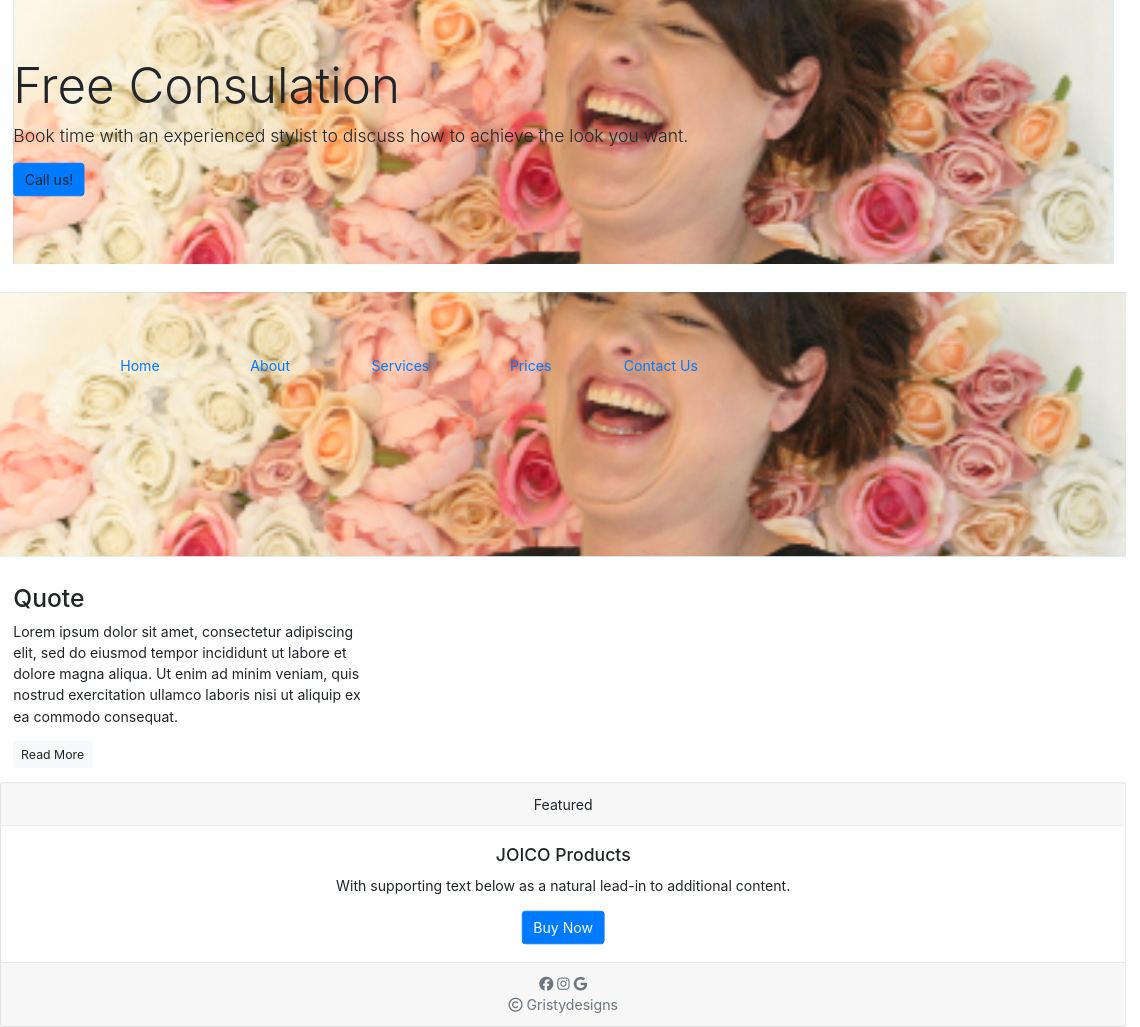
Repository: Gristydesigns/elegance-salon
Page: index.html
The author's editor kept a record of every edit. The page is drawn from the files as they stood at one moment, then again after the next edit.
The browser window is 1280 px wide. The page is 1280 px wide, then 1295 px, so the pictures cover 1295 px, including what lies to the right of the window. The pictures show the whole page, at 88% of full size.
Some web libraries are served in a nearby version.

Above is the page before.

After the next edit:
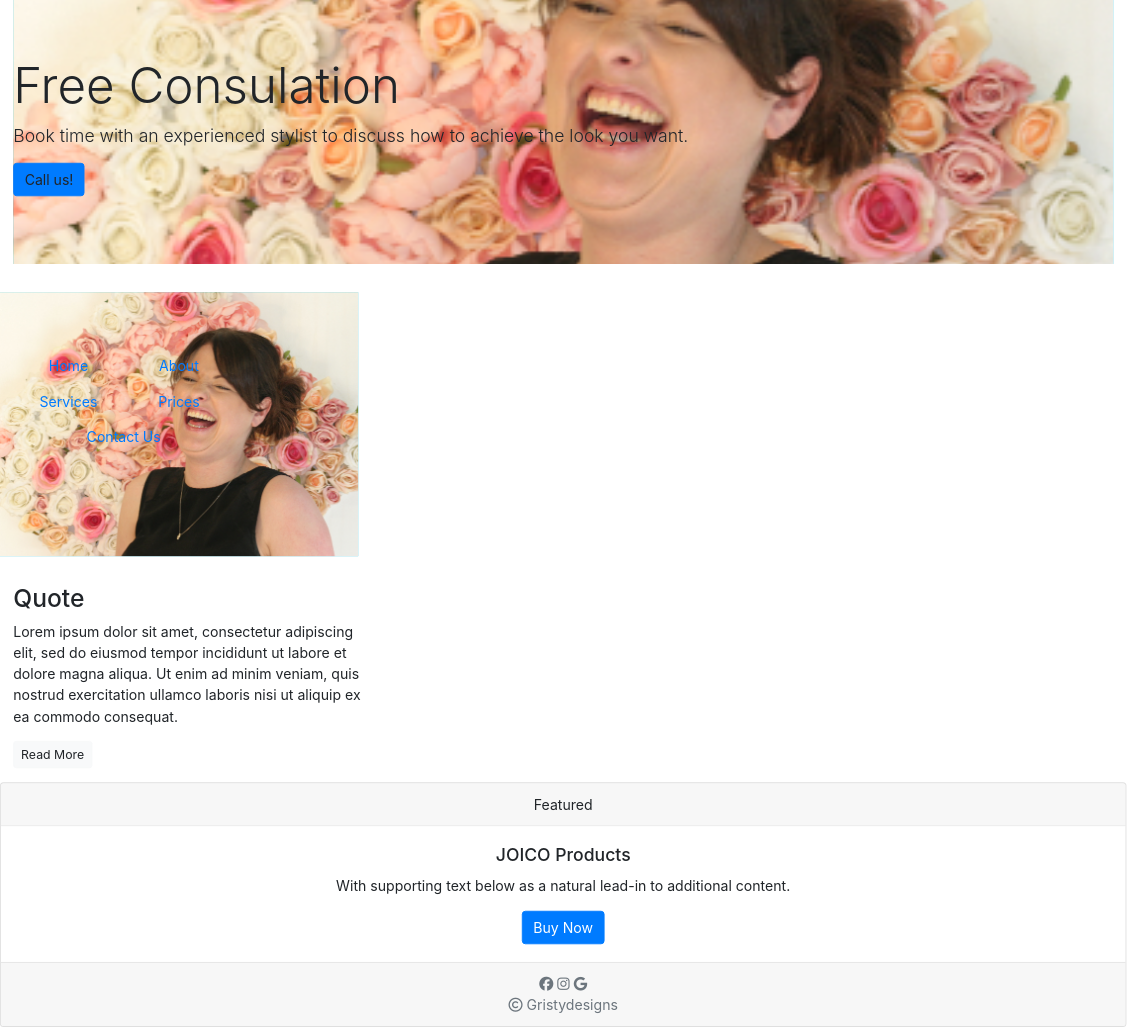
The edit:
--- a/index.html
+++ b/index.html
@@ -23,7 +23,8 @@
       </div>
     </div>
     <!--Nav Bar-------------->
-    <div class="row 12-md">
+    <div class="row">
+      <div class="col-12 d-md-none d-lg-block col-lg-4"
     </div>
     <!--Nav Bar-------------->
     <div class="jumbotron jumbotron-fluid">
